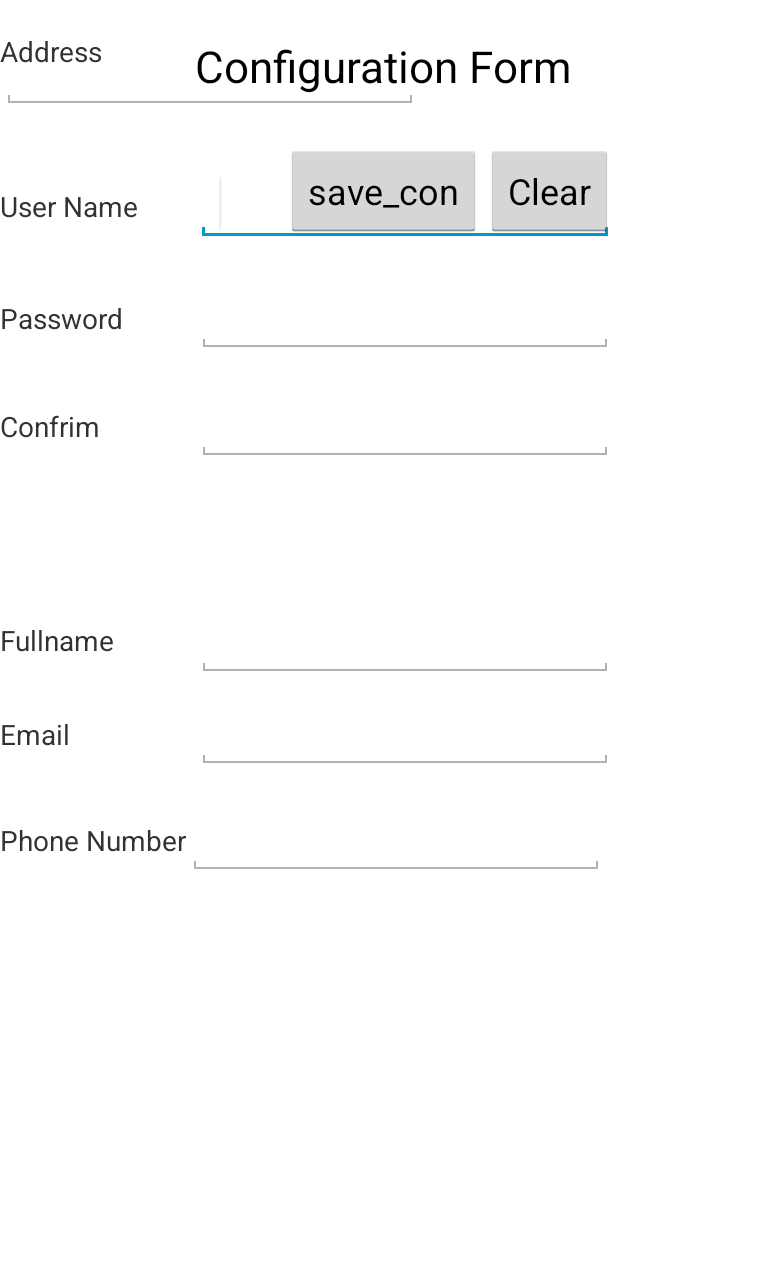
Repository: VanThi/Smart_Order
Layout: Project OS/Project_SO/res/layout/customer_configuration.xml
An editor plug-in stored every save of this project. The layout is shown before and after the next save, followed by the edit.
It is drawn on a 768 x 1280 px phone screen (xhdpi) without system bars, with theme AppTheme; the app's code is not run.

Above is the layout before, as saved 2013-11-05 15:48:37.

After the next save:
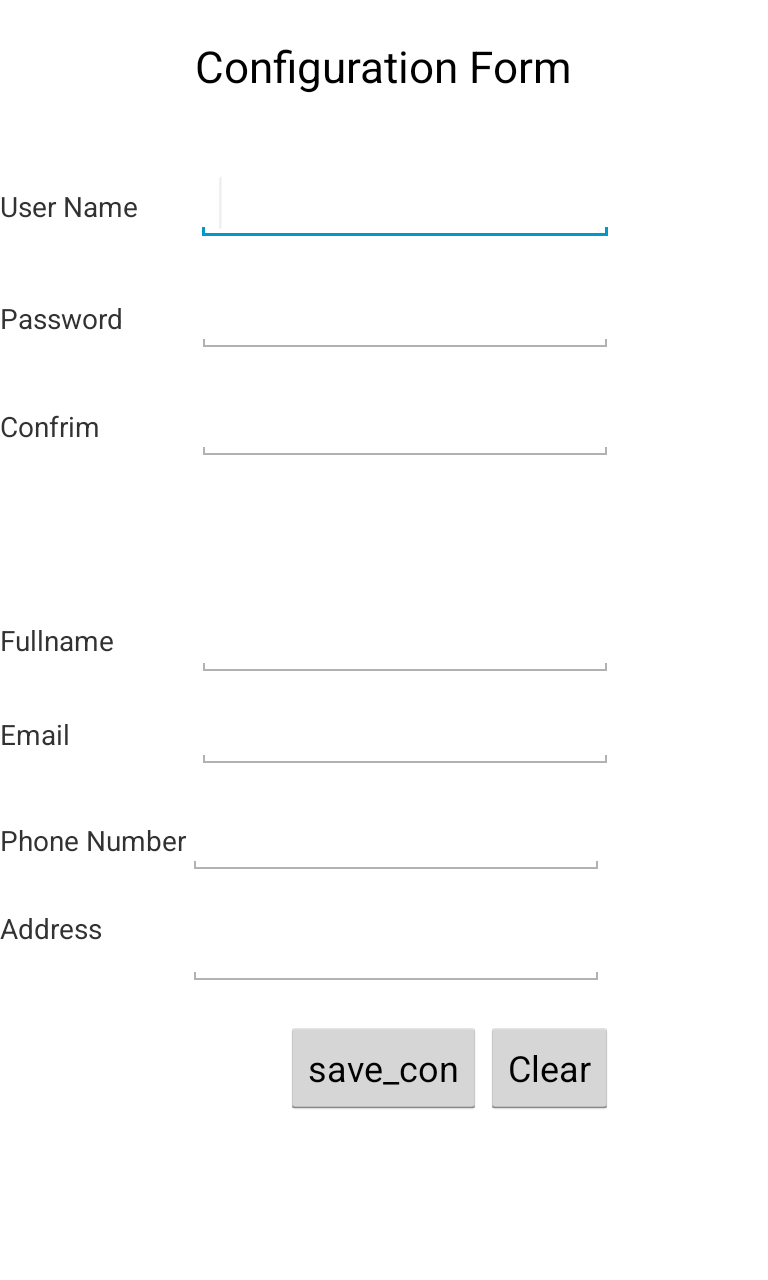
Saved 25 s later.
--- a/Project OS/Project_SO/res/layout/customer_configuration.xml
+++ b/Project OS/Project_SO/res/layout/customer_configuration.xml
@@ -129,7 +129,7 @@
         android:layout_width="wrap_content"
         android:layout_height="wrap_content"
         android:layout_alignParentLeft="true"
-        android:layout_below="@+id/tv_phoneNumber_con"
+        android:layout_below="@+id/et_phoneNumber_con"
         android:layout_marginTop="16dp"
         android:text="Address" />
 
@@ -137,7 +137,7 @@
         android:id="@+id/et_address_con"
         android:layout_width="wrap_content"
         android:layout_height="wrap_content"
-        android:layout_alignLeft="@+id/tv_phoneNumber_con"
+        android:layout_alignLeft="@+id/et_phoneNumber_con"
         android:layout_alignTop="@+id/tv_address"
         android:ems="10" />
 
